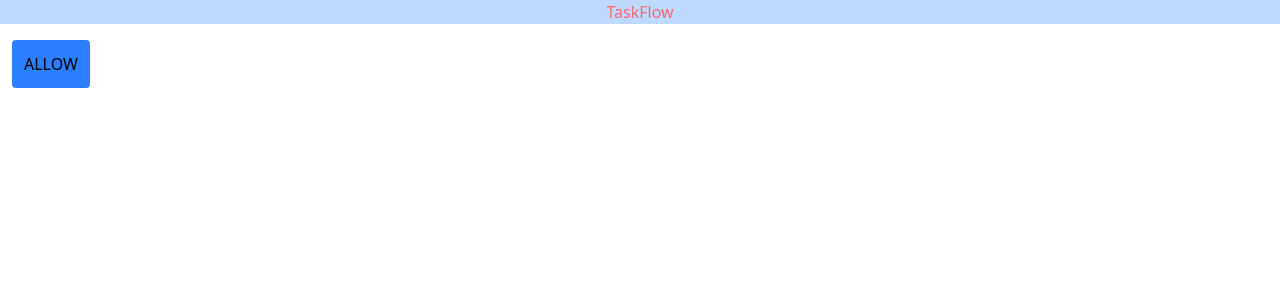
Repository: Manny1294/Taskflow
Page: /
These files come from the project's save history. The page is drawn as it stood at one moment and after the next save; the edit follows.
The browser window is 1280 px wide. The pictures show the whole page.
The project was rebuilt for these pictures with package versions that can differ from the ones it lists, and the page was loaded fresh each time. Also part of the build but not shown: vite.config.js.

Above is the page before, as saved 2026-02-11 06:43:46.

### index.html
<!doctype html>
<html lang="en">
  <head>
    <meta charset="UTF-8" />
    <link rel="icon" type="image/svg+xml" href="/vite.svg" />
    <meta name="viewport" content="width=device-width, initial-scale=1.0" />
    <title>taskflow</title>
  </head>
  <body>
    <div id="root"></div>
    <script type="module" src="/src/main.jsx"></script>
  </body>
</html>

### src/App.jsx
export default function App() {
  return (
    <>
      <h1 className="text-red-400 bg-blue-200 flex items-center justify-center ">
        TaskFlow
      </h1>
      <button className="border-green-300 rounded bg-blue-500 my-4 mx-3 p-3">
        ALLOW
      </button>
    </>
  );
}

Loaded but not shown: src/main.jsx (common file); src/index.css (common file)

After the next save:
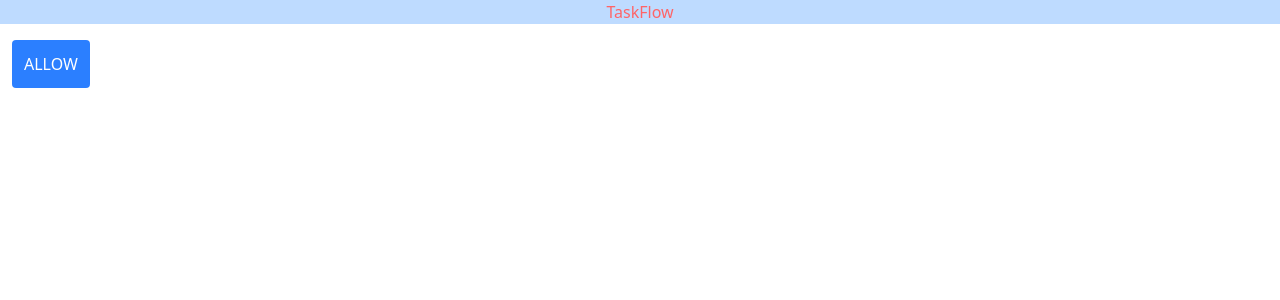
Saved 13 s later.
--- a/src/App.jsx
+++ b/src/App.jsx
@@ -4,7 +4,7 @@ export default function App() {
       <h1 className="text-red-400 bg-blue-200 flex items-center justify-center ">
         TaskFlow
       </h1>
-      <button className="border-green-300 rounded bg-blue-500 my-4 mx-3 p-3">
+      <button className="border-green-300 rounded bg-blue-500 my-4 mx-3 p-3 text-white">
         ALLOW
       </button>
     </>
